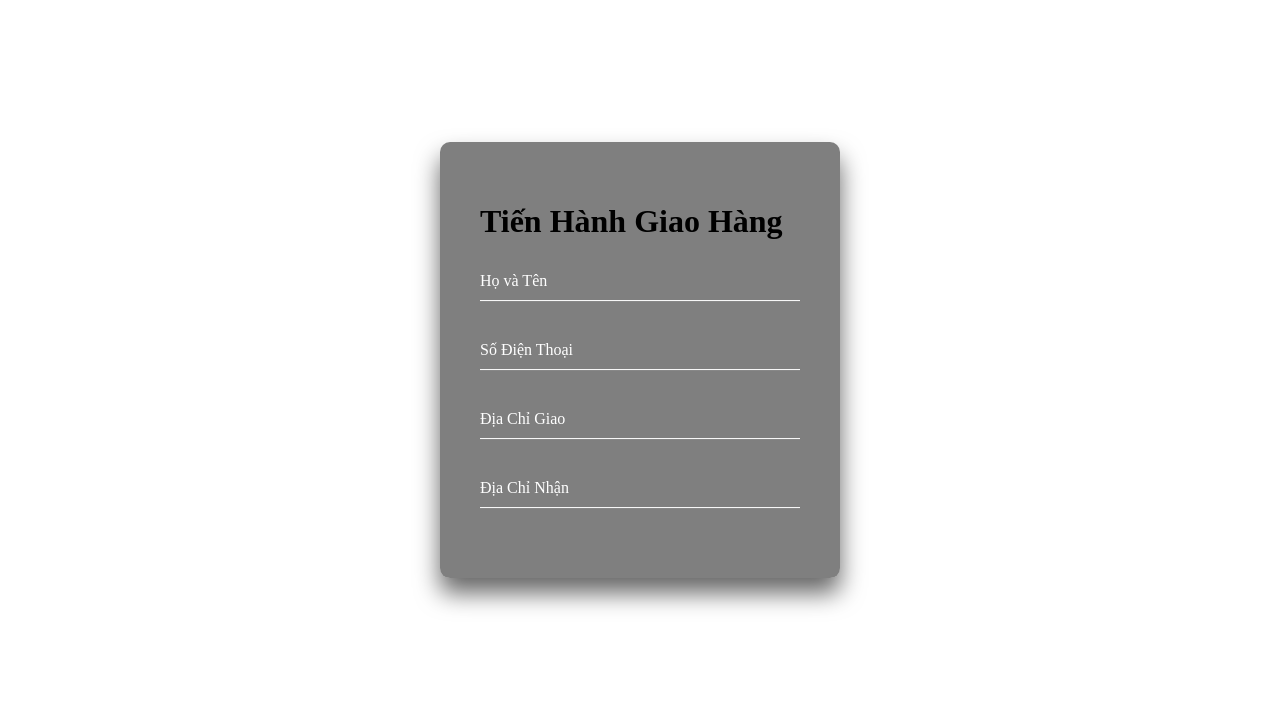
Repository: Pnguyen285/Demo
Page: Giao diện/index.html
These files come from the project's save history. The page is drawn as it stood at one moment and after the next save; the edit follows.
The browser window is 1280 px wide. The pictures show the whole page.

Above is the page before, as saved 2023-07-27 21:48:12.

After the next save:
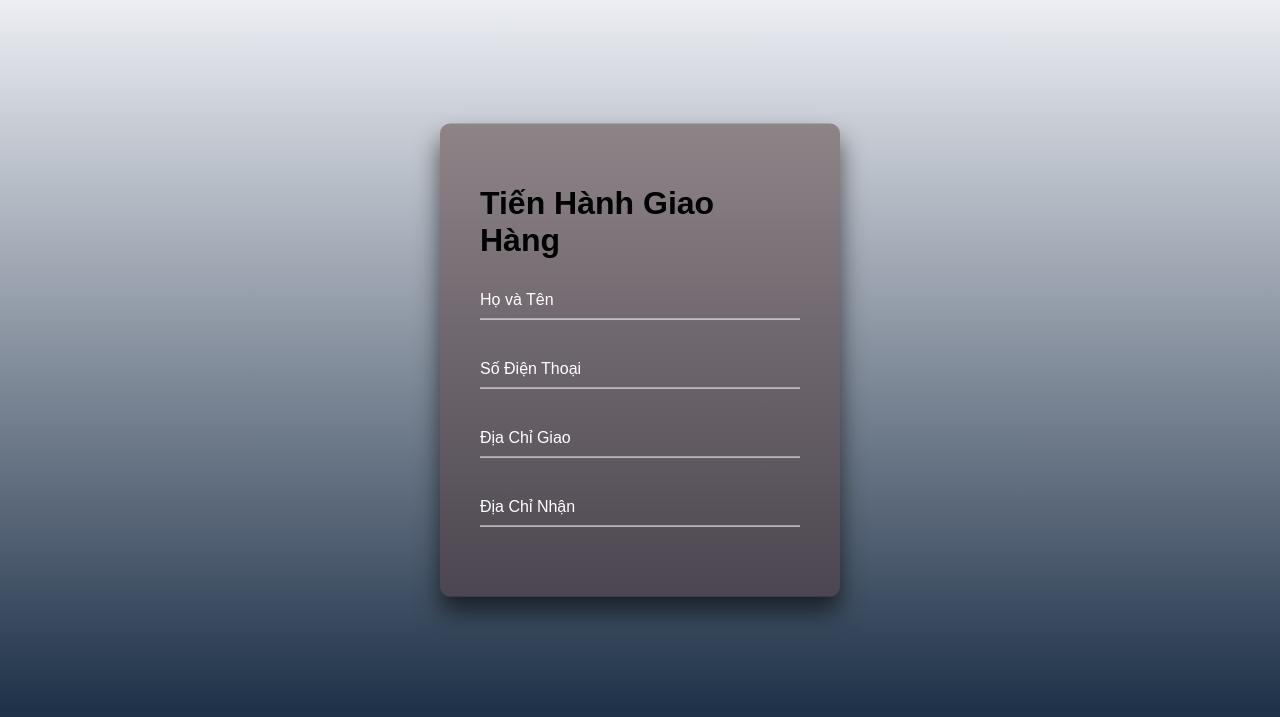
Saved 37 s later.
--- a/Giao diện/style.css
+++ b/Giao diện/style.css
@@ -1,91 +1,63 @@
+html {
+  height: 100%;
+}
+body {
+  margin:0;
+  padding:0;
+  font-family: sans-serif;
+  background: linear-gradient(#eceef3, #1c2f46);
+}
+
 .login-box {
-    position: absolute;
-    top: 50%;
-    left: 50%;
-    width: 400px;
-    padding: 40px;
-    transform: translate(-50%, -50%);
-    background: rgba(0,0,0,.5);
-    box-sizing: border-box;
-    box-shadow: 0 15px 25px rgba(0,0,0,.6);
-    border-radius: 10px;
-  }
+  position: absolute;
+  top: 50%;
+  left: 50%;
+  width: 400px;
+  padding: 40px;
+  transform: translate(-50%, -50%);
+  background: rgba(87, 60, 60, 0.5);
+  box-sizing: border-box;
+  box-shadow: 0 15px 25px rgba(0,0,0,.6);
+  border-radius: 10px;
+}
 
-  .login-box h2 {
-    margin: 0 0 30px;
-    padding: 0;
-    color: #fff;
-    text-align: center;
-  }
+.login-box h2 {
+  margin: 0 0 30px;
+  padding: 0;
+  color: #fff;
+  text-align: center;
+}
 
-  .login-box .user-box {
-    position: relative;
-  }
+.login-box .user-box {
+  position: relative;
+}
 
-  .login-box .user-box input {
-    width: 100%;
-    padding: 10px 0;
-    font-size: 16px;
-    color: #fff;
-    margin-bottom: 30px;
-    border: none;
-    border-bottom: 1px solid #fff;
-    outline: none;
-    background: transparent;
-  }
-  .login-box .user-box label {
-    position: absolute;
-    top:0;
-    left: 0;
-    padding: 10px 0;
-    font-size: 16px;
-    color: #fff;
-    pointer-events: none;
-    transition: .5s;
-  }
+.login-box .user-box input {
+  width: 100%;
+  padding: 10px 0;
+  font-size: 16px;
+  color: #fff;
+  margin-bottom: 30px;
+  border: none;
+  border-bottom: 1px solid #fff;
+  outline: none;
+  background: transparent;
+}
+.login-box .user-box label {
+  position: absolute;
+  top:0;
+  left: 0;
+  padding: 10px 0;
+  font-size: 16px;
+  color: #fff;
+  pointer-events: none;
+  transition: .5s;
+}
 
-  .login-box .user-box input:focus ~ label,
-  .login-box .user-box input:valid ~ label {
-    top: -20px;
-    left: 0;
-    color: #03e9f4;
-    font-size: 12px;
-  }
-
-  .login-box form a {
-    position: relative;
-    display: inline-block;
-    padding: 10px 20px;
-    color: #03e9f4;
-    font-size: 16px;
-    text-decoration: none;
-    text-transform: uppercase;
-    overflow: hidden;
-    transition: .5s;
-    margin-top: 40px;
-    letter-spacing: 4px
-  }
-
-  .login-box a:hover {
-    background: #03e9f4;
-    color: #fff;
-    border-radius: 5px;
-    box-shadow: 0 0 5px #03e9f4,
-                0 0 25px #03e9f4,
-                0 0 50px #03e9f4,
-                0 0 100px #03e9f4;
-  }
-
-  .login-box a span {
-    position: absolute;
-    display: block;
-  }
-
-  .login-box a span:nth-child(1) {
-    top: 0;
-    left: -100%;
-    width: 100%;
-    height: 2px;
-    background: linear-gradient(90deg, transparent, #03e9f4);
-    animation: btn-anim1 1s linear infinite;
-  }
+.login-box .user-box input:focus ~ label,
+.login-box .user-box input:valid ~ label {
+  top: -20px;
+  left: 0;
+  color: #f4b403;
+  font-size: 12px;
+}
